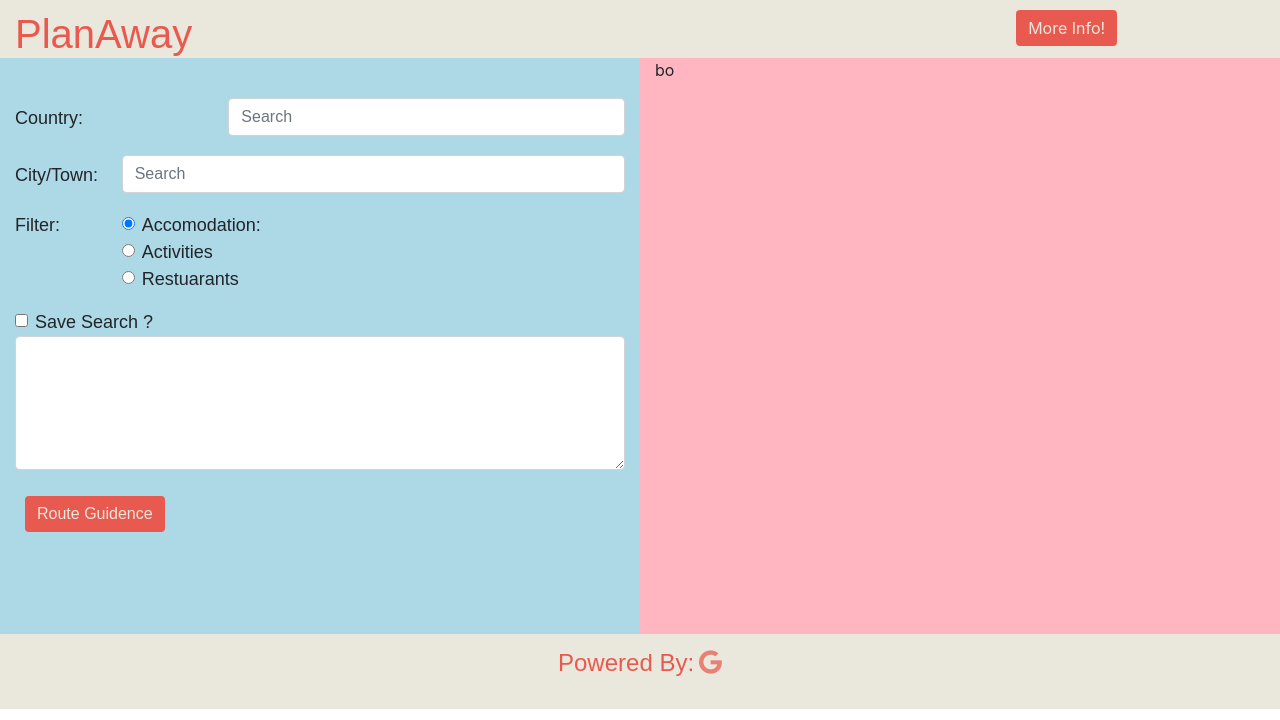
Repository: Brad000/PlanAway-Project
Page: planner.html
The author's editor kept a record of every edit. The page is drawn from the files as they stood at one moment, then again after the next edit.
The browser window is 1280 px wide. The pictures show the whole page.
Some icons come from a web library that is not loaded, so they are not drawn. Some web fonts or font styles are not loaded; a fallback is used. Some web libraries are served in a nearby version.

Above is the page before.

### planner.html
<!DOCTYPE html>
<html lang="en">

<head>
    <meta charset="UTF-8">
    <meta name="viewport" content="width=device-width, initial-scale=1.0">
    <meta http-equiv="X-UA-Compatible" content="ie=edge">
    <link rel="stylesheet" href="assets/css/style.css" type="text/css" />
    <link rel="stylesheet" href="https://stackpath.bootstrapcdn.com/bootstrap/4.4.1/css/bootstrap.min.css" integrity="sha384-Vkoo8x4CGsO3+Hhxv8T/Q5PaXtkKtu6ug5TOeNV6gBiFeWPGFN9MuhOf23Q9Ifjh" crossorigin="anonymous">
    <script src="https://code.jquery.com/jquery-3.2.1.js" integrity="sha256-DZAnKJ/6XZ9si04Hgrsxu/8s717jcIzLy3oi35EouyE=" crossorigin="anonymous"></script>
    <script src="https://code.jquery.com/jquery-3.4.1.slim.min.js" integrity="sha384-J6qa4849blE2+poT4WnyKhv5vZF5SrPo0iEjwBvKU7imGFAV0wwj1yYfoRSJoZ+n" crossorigin="anonymous"></script>
    <script src="https://cdn.jsdelivr.net/npm/popper.js@1.16.0/dist/umd/popper.min.js" integrity="sha384-Q6E9RHvbIyZFJoft+2mJbHaEWldlvI9IOYy5n3zV9zzTtmI3UksdQRVvoxMfooAo" crossorigin="anonymous"></script>
    <script src="https://stackpath.bootstrapcdn.com/bootstrap/4.4.1/js/bootstrap.min.js" integrity="sha384-wfSDF2E50Y2D1uUdj0O3uMBJnjuUD4Ih7YwaYd1iqfktj0Uod8GCExl3Og8ifwB6" crossorigin="anonymous"></script>
    <script src="https://kit.fontawesome.com/5655c570e1.js" crossorigin="anonymous"></script>
    <script type="text/javascript" src="assets/js/script.js"></script>

    <title>PlanAway - Plan your next vacation</title>
</head>

<body>
    <header class="container-fluid">
        <div class="row">
            <div class="col-12 col-md-8 site-heading">
                <h1 class="site-name">PlanAway<i class="fal fa-plane-departure site-logo"></i></h1>
            </div>
            <div class="col-12 col-md-4 site-heading button-align">
                <a class="btn btn-primary" id="infoButton" data-toggle="collapse" href="#collapseExample" role="button" aria-expanded="false" aria-controls="collapseExample">More Info!
                </a>
            </div>
            <div class="col-12 site-heading">
                <div class="collapse" id="collapseExample">
                    <div class="card card-body" id="info-card">
                        <p class="briefs">Please use the below form and selectors to plan your next vacation destination, further organise that dream get away with top accomodation, attractions and restaurants shown around you chosen destination.</p>
                    </div>
                </div>
            </div>
        </div>
    </header>

    <section class="container-fluid">
        <div class="row">
            <div class="col-12 col-md-6 n" id="top">

                <form class="plan-form">
                    <div class="form-group row">
                        <label class="col-sm-2 col-md-4 col-form-label">Country:</label>
                        <div class="col-sm-10 col-md-8">
                            <input type="text" class="form-control" placeholder="Search">
                        </div>
                    </div>
                    <div class="form-group row">
                        <label class="col-sm-2 col-form-label">City/Town:</label>
                        <div class="col-sm-10">
                            <input type="text" class="form-control" placeholder="Search">
                        </div>
                    </div>
                    <fieldset class="form-group">
                        <div class="row">
                            <legend class="col-form-label col-sm-2 pt-0">Filter:</legend>
                            <div class="col-sm-10">
                                <div class="form-check">
                                    <input class="form-check-input" type="radio" name="gridRadios" id="gridRadios1" value="option1" checked>
                                    <label class="form-check-label" for="gridRadios1">Accomodation:</label>
                                </div>
                                <div class="form-check">
                                    <input class="form-check-input" type="radio" name="gridRadios" id="gridRadios2" value="option2">
                                    <label class="form-check-label" for="gridRadios2">Activities</label>
                                </div>
                                <div class="form-check">
                                    <input class="form-check-input" type="radio" name="gridRadios" id="gridRadios3" value="option3">
                                    <label class="form-check-label" for="gridRadios3">Restuarants</label>
                                </div>
                            </div>
                        </div>
                    </fieldset>
                    <div class="form-group row">
                        <div class="col-sm-12">
                            <div class="form-check">
                                <input class="form-check-input" type="checkbox" id="gridCheck1">
                                <label class="form-check-label" for="gridCheck1">Save Search ?</label>
                            </div>
                        </div>
                        <div class="col-sm-12">
                            <textarea class="form-control" id="exampleFormControlTextarea1" rows="5"></textarea>
                        </div>
                    </div>
                    <div class="form-group row">
                        <div class="col-sm-10">
                            <button type="submit" class="btn btn-primary" id="infoButton">Route Guidence</button>
                        </div>
                    </div>


                </form>



            </div>
            <div class="col-12 col-md-6 m">bo</div>
        </div>
    </section>

    <footer class="container-fluid">
        <div class="row">
            <div class="col-12 footer">
                <h4>Powered By:<a href="https://www.google.com/" id="a-links" target="_blank"><i class="fab fa-google"></i></a></h4>
            </div>
        </div>
    </footer>

</body>

</html>

### assets/css/style.css
@import url('https://fonts.googleapis.com/css?family=Gayathri:100,200,300,400,500,600,700');

/*---Landing Page---*/

.site-heading {
    background-color: #eae7dc;
    color: #e85a4f;
}

.site-name {
    font-family: 'Gayathri', sans-serif;
    margin-top: 10px;
    margin-bottom: 0;
    text-align: center;
}

.site-logo {
    margin-left: 10px;
}

.site-links {
    text-align: center;
    font-size: 40px;
    margin-top: 10px;
    margin-right: 10px;
}

.link-text {
    text-align: center;
    font-family: 'Gayathri', sans-serif;
    font-weight: 600;
}

#a-links {
    text-decoration: none;
    cursor: pointer;
    color: #e98074;
    transition: color 0.5s ease-in-out;
    -moz-transition: color 0.5s ease-in-out;
    -webkit-transition: color 0.5s ease-in-out;
    -o-transition: color 0.5s ease-in-out;
}

#a-links:hover {
    color: #e85a4f;
}

.site-brief {
    font-family: 'Gayathri', sans-serif;
    text-align: center;
    font-size: 12px;
    font-weight: 700;
    padding: 0;
    margin: 0;
}

#image {
    padding: 0;
}

.main-images {
    opacity: 0.78;
}

img {
    height: 85vh;
}


/*---planner.html---*/

.briefs {
    font-family: 'Gayathri', sans-serif;
    font-size: 16px;
    text-align: center;
    font-weight: 700;
    padding: 10px;
    margin: 0;
    color: #e85a4f;
}

#infoButton {
    display: inline-block;
    margin-bottom: 5px;
    background-color: #e85a4f;
    color: #eae7dc;
    border: none;
    box-shadow: none;
    transition: background-color 0.5s ease-in-out;
    -moz-transition: background-color 0.5s ease-in-out;
    -webkit-transition: background-color 0.5s ease-in-out;
    -o-transition: background-color 0.5s ease-in-out;
}

#infoButton:hover {
    background-color: #fd9b90;
}

.button-align {
    text-align: center;
}

#info-card {
    border: none;
    background-color: #eae7dc;
}

.plan-form {
    font-family: 'Gayathri', sans-serif;
    font-size: 18px;
    margin-top: 40px;
    margin-bottom: 40px;
}

.n {
    background-color: lightblue;
    height: 80vh;
}

.m {
    background-color: lightpink;
    height: 80vh;
}


/*---Footer---*/

.footer {
    height: 75px;
    text-align: center;
    font-weight: 700;
    font-family: 'Gayathri', sans-serif;
    padding-top: 15px;
    background-color: #eae7dc;
    color: #e85a4f;
}

.fa-google {
    margin-left: 5px;
}

/*---Media Queries---*/

@media(min-width: 767px) {
    .site-name {
        text-align: left;
    }
    .site-brief {
        font-size: 18px;
    }
    #infoButton {
        margin: 10px;
    }
}



/*---JS css--*/

.green {
    background-color: green;
}

### assets/js/script.js
$(document).ready(function(){

 $("#infoButton").click(function(){




 });






});

After the next edit:
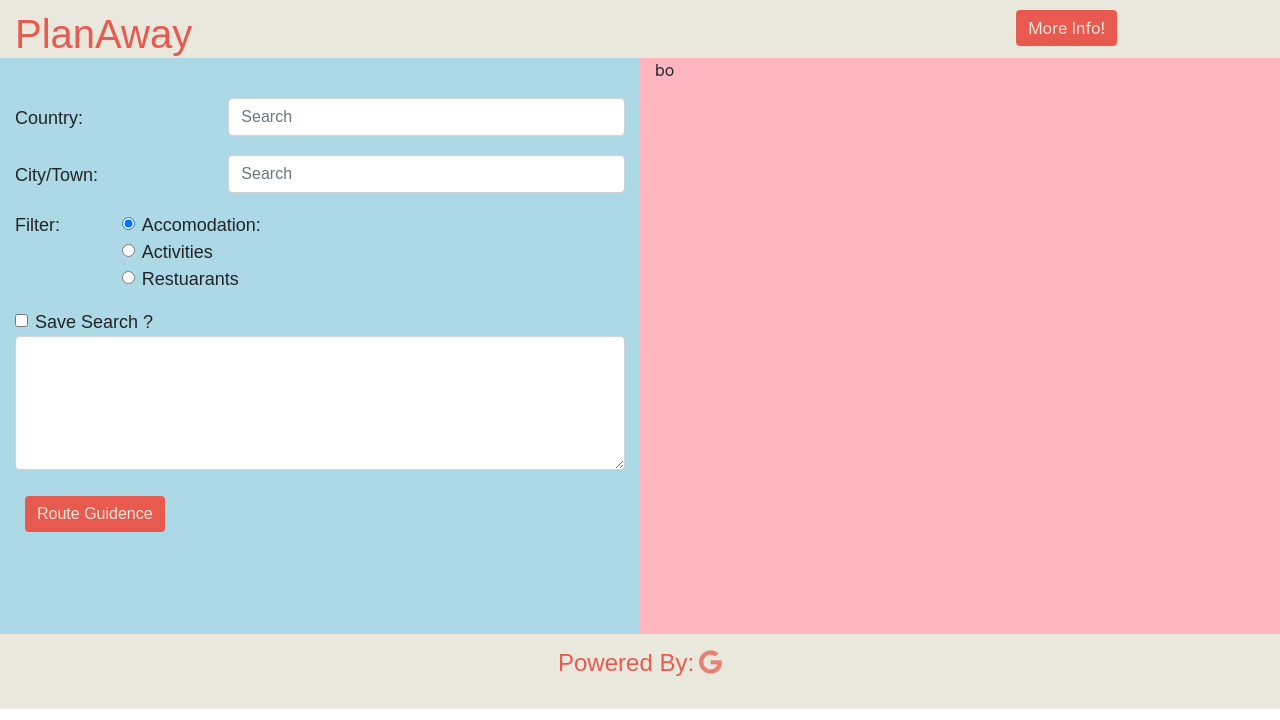
The edit:
--- a/planner.html
+++ b/planner.html
@@ -49,8 +49,8 @@
                         </div>
                     </div>
                     <div class="form-group row">
-                        <label class="col-sm-2 col-form-label">City/Town:</label>
-                        <div class="col-sm-10">
+                        <label class="col-sm-2 col-md-4 col-form-label">City/Town:</label>
+                        <div class="col-sm-10 col-md-8">
                             <input type="text" class="form-control" placeholder="Search">
                         </div>
                     </div>
